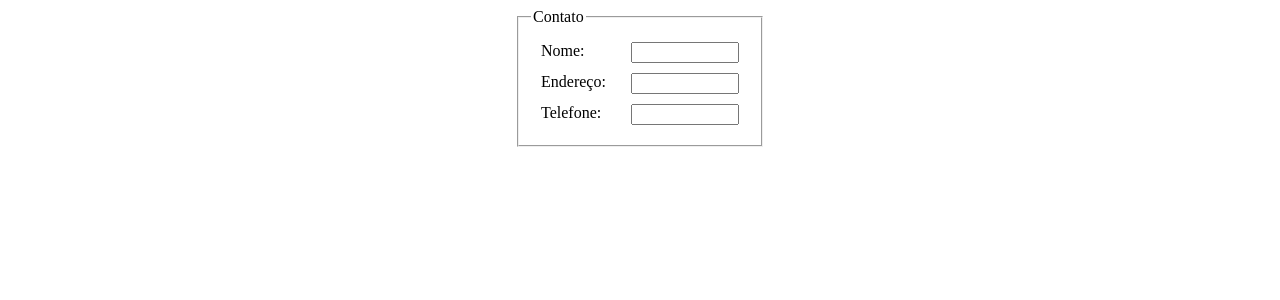
Repository: daniloserafim/trilha-backend-senai
Page: exemploServlet/WebContent/contato.html
An editor plug-in stored every save of this project. The page is shown before and after the next save, followed by the edit.
The browser window is 1280 px wide. The pictures show the whole page.

Above is the page before, as saved 2022-05-31 23:46:38.

After the next save:
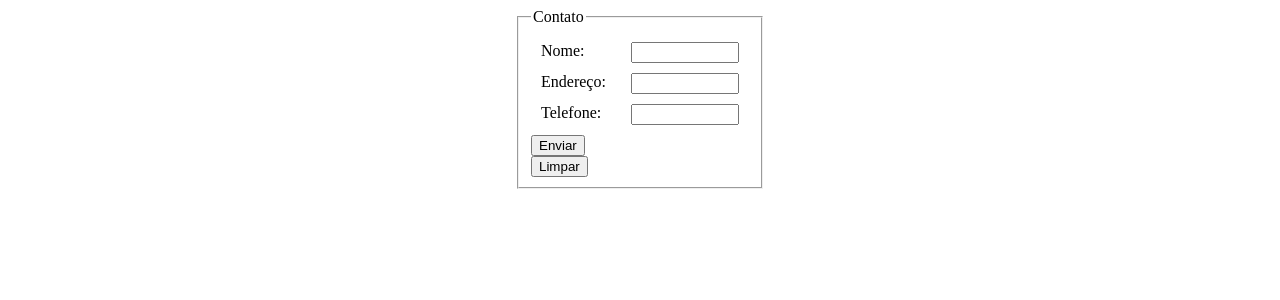
Saved 5 min 53 s later.
--- a/exemploServlet/WebContent/contato.html
+++ b/exemploServlet/WebContent/contato.html
@@ -34,7 +34,18 @@
 						<input required>
 					</div>
 				</div>
-
+				<div class="buttons-box">
+					<div class="enviar-button-box button-box">
+						<button class="enviar-button">
+							Enviar
+						</button>
+					</div>
+					<div class="limpar-button-box button-box">
+						<button class="limpar-button">
+							Limpar
+						</button>
+					</div>
+				</div>
 			</div>
 		</fieldset>
 	</form>
